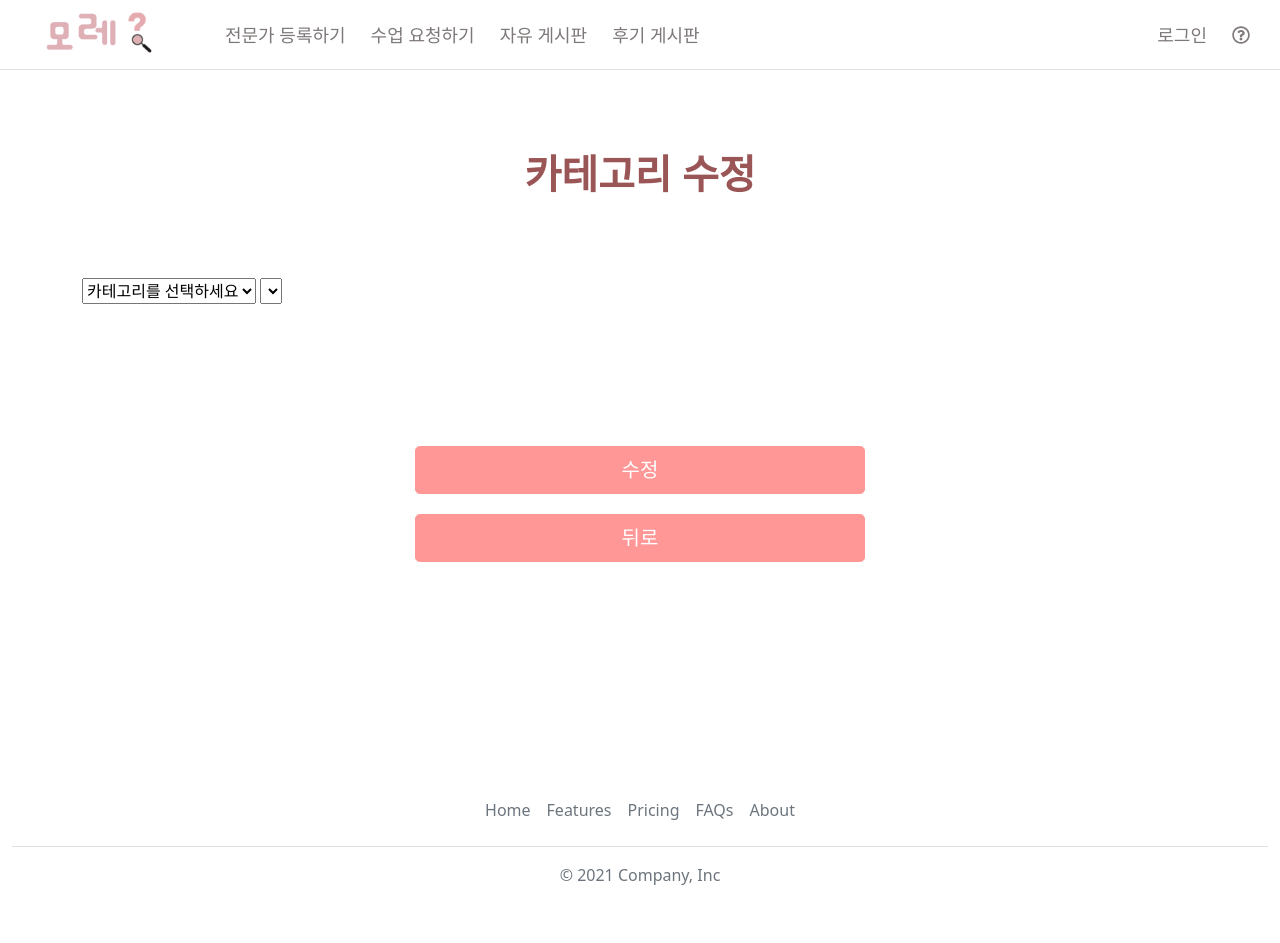
Repository: isssson/MVC2_more
Page: http://localhost/more/WEB-INF/views/expert/expertCateForm.jsp
The author's editor kept a copy of each file at every save. The page is drawn from the files as they stood at one save, then again after the next save.
The browser window is 1280 px wide. The pictures show the whole page.
Some web libraries are served in a nearby version. The page is served by Tomcat 9. Nobody is signed in. Other server files are loaded and not shown. The template is opened directly, without the code that normally fills it, so the values that code supplies are empty.

Above is the page before, as saved 2021-12-08 02:40:21.

### more/src/main/webapp/WEB-INF/views/expert/expertCateForm.jsp
<%@ page language="java" contentType="text/html; charset=UTF-8"
   pageEncoding="UTF-8"%>
<%@ taglib uri="http://java.sun.com/jsp/jstl/core" prefix="c" %>
<!DOCTYPE html>
<html>
<head>
<meta charset="UTF-8">
<script
   src="https://cdnjs.cloudflare.com/ajax/libs/jquery/3.4.1/jquery.min.js"></script>
<link href="resources/css/bootstrap.min.css" rel="stylesheet">
<link href="resources/css/expert/regist1.css" rel="stylesheet">
<link href="resources/css/expert/regist2.css" rel="stylesheet">
<link href="resources/css/expert/expertUpdate.css" rel="stylesheet">
<title>모레-전문가수정</title>
<style>
.updateBt {
   width: 450px;
   height: 200px;
   text-align: center;
   margin: 0 auto;
   display: flex;
   flex-direction: column;
   justify-content: center;
}
</style>
</head>
<body>
   <%@ include file="/WEB-INF/views/header.jsp"%>
   <section style="height: 600px;">
        <h3>카테고리 수정</h3>
      <form name="expertCateForm" action="expertCate.do?id=${sessionScope.sessionId}" method="post">
         <div class="container">
            <div class="content">
               <select name="cate1" required id="id_code"
                  onchange="categoryChange(this)">
                  <option value="" >카테고리를 선택하세요</option>
                  <option value="외국어" <c:if test="${dto.cate1 eq '외국어'}">selected</c:if>>외국어</option>
                  <option value="스포츠-댄스" <c:if test="${dto.cate1 eq '스포츠-댄스'}">selected</c:if>>스포츠-댄스</option>
                  <option value="음악" <c:if test="${dto.cate1 eq '음악'}">selected</c:if>>음악</option>
                  <option value="예술-요리" <c:if test="${dto.cate1 eq '예술-요리'}">selected</c:if>>예술-요리</option>
                  <option value="실무교육" <c:if test="${dto.cate1 eq '실무교육'}">selected</c:if>>실무교육</option>
                  <option value="교과목" <c:if test="${dto.cate1 eq '교과목'}">selected</c:if>>교과목</option>
               </select>
               <select name="cate2" id="good">
                  <option value="${dto.cate2 }">${dto.cate2 }</option>
               </select>
            </div>
         </div>
         <div class="updateBt">
            <button class="btn btn-lg btn-primary" type="submit"
               style="width: 450px; margin-bottom: 20px; background-color: #ff9797; border-color: #ff9797;">수정</button>
            <button class="btn btn-lg btn-primary" type="button"
               style="width: 450px; background-color: #ff9797; border-color: #ff9797;"
               onclick="location.href='expertProfile.do?id=${sessionScope.sessionId}'">뒤로</button>
         </div>
      </form>
      <script>
         function categoryChange(e) {
            var good_a = [ "영어","중국어","일본어","스페인어","프랑스어","독일어","TOEIC","OPIC","기타언어" ];
               var good_b = [ "피트니스","테니스","골프","볼링","수영","요가","배구","발레","방송댄스","댄스스포츠","재즈댄스","스트릿댄스" ];
               var good_c = [ "보컬","성악","랩","피아노","기타","단소","피리","우쿨렐레","드럼","디제잉"];
               var good_d = [ "미술","입시미술","드로잉","캘리그래피","사진","웹툰","메이크업","마술","연기","꽃꽂이","제빵","한식","양식","일식","중식" ];
               var good_e = [ "코딩","엑셀","PPT","취업컨설팅","스피치","제테크","통계","포토샵","일러스트","영상편집"];
               var good_f = [ "국어","영어","수학","사회","과학","논술"];
             var target = document.getElementById("good");

            if (e.value == "외국어")
               var d = good_a;
            else if (e.value == "스포츠-댄스")
               var d = good_b;
            else if (e.value == "음악")
               var d = good_c;
            else if (e.value == "예술-요리")
               var d = good_d;
            else if (e.value == "실무교육")
               var d = good_e;
            else if (e.value == "교과목")
               var d = good_f;

            target.options.length = 0;

            for (x in d) {
               var opt = document.createElement("option");
               opt.value = d[x];
               opt.innerHTML = d[x];
               target.appendChild(opt);
            }
         }
      </script>
   </section>
   <%@ include file="/WEB-INF/views/footer.jsp"%>
</body>
</html>

### more/src/main/webapp/WEB-INF/views/header.jsp
<%@ page language="java" contentType="text/html; charset=UTF-8"
    pageEncoding="UTF-8"%>
<%@ taglib prefix="c" uri="http://java.sun.com/jsp/jstl/core" %>
<script src="https://use.fontawesome.com/releases/v5.2.0/js/all.js"></script>
<link href="resources/css/header.css" rel="stylesheet">
<!-- Global site tag (gtag.js) - Google Analytics -->
<script async src="https://www.googletagmanager.com/gtag/js?id=UA-214947172-1"></script>
<script>
  window.dataLayer = window.dataLayer || [];
  function gtag(){dataLayer.push(arguments);}
  gtag('js', new Date());

  gtag('config', 'UA-214947172-1');
</script>
<!-- ---------------------비회원  -->
<c:if test="${sessionScope.sessionStatus == null }">
	<header>
    <div id="headerContainer">
        <a href="index.do"><img src="resources/img/more_logo.jpg" alt="logo" style="padding: 10px"></a>
        <div id="menubar">
          <div id="leftMenu">
            <div><a href="regist1.do">전문가 등록하기</a></div>
            <div><a href="lessonList.do">수업 요청하기</a></div>
            <div><a href="bbsList.do">자유 게시판</a></div>
            <div><a href="reviewList.do">후기 게시판</a></div>
          </div>
          <div id="rightMenu">
               <div><a href="login.do">로그인</a></div>
               <div><a href="noticeList.do"><i class="far fa-question-circle"></i></a></div>
          </div>
        </div>
      </div>
	</header>
</c:if>
<!----------------------기본(의뢰인) 로그인중-->
<c:if test="${sessionScope.sessionStatus == 1 }">
	<header>
     <div id="headerContainer">
        <a href="index.do"><img src="resources/img/more_logo.jpg" alt="logo" style="padding: 10px"></a>
        <div id="menubar">
          <div id="leftMenu">
            <div id="client" onmouseover="show()" onmouseout="hide()">
               <a href="#">레슨</a>
              </div>
            <div id="joinExpert">
               <a href="regist1.do">전문가 등록하기</a>
             </div>
            <div><a href="bbsList.do">자유 게시판</a></div>
            <div><a href="reviewList.do">후기 게시판</a></div>
          </div>
          <div id="rightMenu">
            <div>${sessionScope.sessionName }님</div>
            <div><a href="setting.do"><i class="far fa-user fa-1x"></i></a></div>
            <div><a href="noticeList.do"><i class="far fa-question-circle"></i></a></div>
          </div>
        </div>
      </div>
      <div id="hiddenHeaderContainer" onmouseover="show()" onmouseout="hide()">
        <div class="hiddenItem">
          <div class="Item"><a href="suggestList.do">레슨 목록</a></div>
          <div class="Item"><a href="lessonList.do">레슨 요청하기</a></div>
          <div class="Item"><a href="sentRequest.do?id=${sessionScope.sessionId}">보낸 요청</a></div>
          <div class="Item"><a href="receiveSuggest.do?id=${sessionScope.sessionId }">받은 제안</a></div>
          <div class="Item"><a href="m_documentList.do">나의 레슨 내역</a></div>
        </div>
      </div>
	</header>
</c:if>
<!-- -----------------------전문가 로그인중 -->
<c:if test="${sessionScope.sessionStatus == 2 }">
	<header>
     <div id="headerContainer">
       <a href="index.do"><img src="resources/img/more_logo.jpg" alt="logo" style="padding: 10px"></a>
       <div id="menubar">
         <div id="leftMenu">
           <div id="client" onmouseover="show()" onmouseout="hide()">
              <a href="#">레슨</a>
             </div>
           <div><a href="bbsList.do">자유 게시판</a></div>
           <div><a href="reviewList.do">후기 게시판</a></div>
         </div>
         <div id="rightMenu">
           <div>${sessionScope.sessionName }님</div>
           <div><a href="setting.do"><i class="far fa-user fa-1x"></i></a></div>
		   <div><a href="noticeList.do"><i class="far fa-question-circle"></i></a></div>
         </div>
       </div>
     </div>
     <div id="hiddenHeaderContainer" onmouseover="show()" onmouseout="hide()">
       <div class="hiddenItem">
       	 <div class="Item"><a href="requestList.do">요청서 목록</a></div>
       	 <div class="Item"><a href="suggest.do">레슨 제안하기</a></div>
         <div class="Item"><a href="sentsuggest.do?id=${sessionScope.sessionId}">보낸 제안</a></div>
		 <div class="Item"><a href="m_documentList.do">나의 레슨 내역</a></div>
       </div>
     </div>
	</header>
</c:if>
   <script>
       function show(){
         document.getElementById('hiddenHeaderContainer').style.display='block';
       }
       function hide(){
         document.getElementById('hiddenHeaderContainer').style.display='none';
       }
  </script>

### more/src/main/webapp/WEB-INF/views/footer.jsp
<%@ page language="java" contentType="text/html; charset=UTF-8"
    pageEncoding="UTF-8"%>
<link href="resources/css/footer.css" rel="stylesheet">
<div class="container-fluid">
  <footer class="py-3 my-4">
    <ul class="nav justify-content-center border-bottom pb-3 mb-3">
      <li class="nav-item"><a href="#" class="nav-link px-2 text-muted">Home</a></li>
      <li class="nav-item"><a href="#" class="nav-link px-2 text-muted">Features</a></li>
      <li class="nav-item"><a href="#" class="nav-link px-2 text-muted">Pricing</a></li>
      <li class="nav-item"><a href="#" class="nav-link px-2 text-muted">FAQs</a></li>
      <li class="nav-item"><a href="#" class="nav-link px-2 text-muted">About</a></li>
    </ul>
    <p class="text-center text-muted">&copy; 2021 Company, Inc</p>
  </footer>
</div>

<div class="b-example-divider"></div>

### more/src/main/webapp/resources/css/expert/regist1.css
@charset "UTF-8";
section > .container {
    width: 960px;
    margin-left: auto;
    margin-right: auto;
}

.box_1 {
    text-align: center;
}

section > .container h2 {
    font-size: 28px;
    color: #4d4d4d;
    margin-top: 100px;
    margin-bottom: 10px;
}

.box_1 > p {
    color: #4d4d4d;
    font-size: 18px;
    margin-bottom: 30px;
}

.box_1 > form > select::-ms-expand {
    display: none;
}

.box_1 > form > select {
    font-family: inherit; /* 폰트 상속 */
    background: url(/more/resources/img/arrow_bottom.png) no-repeat 95% 50%; /* 네이티브 화살표 대체 */
    /* iOS 둥근모서리 제거 */
    -webkit-appearance: none; /* 네이티브 외형 감추기 */
    -moz-appearance: none;
    -ms-appearance: none;
    -o-appearance: none;
    appearance: none;
    background-color: #fff;
    width: 400px;
    font-size: 18px;
    height: 50px;
    border: 1px solid #e2e2e2;
    padding-left: 15px;
    border-radius: 5px;
    margin-right: 5px;
}
.box_1 > form > select:invalid {
    color: #b0b0b0;
}

.box_1 > form > select > option {
    color: #4d4d4d;
}

.box_1 > form > select > option:disabled {
    color: #bdc4c4;
}

.box_1 > form > button {
    width: 95px;
    height: 50px;
    font-size: 18px;
    color: #fff;
    background-color: #1976de;
    border: 1px solid #1761b5;
    border-radius: 2px;
}

section > .container > hr {
    border-color: #e2e2e2;
    margin-top: 100px;
    margin-bottom: 0;
}

.box_2 {
    text-align: center;
}

.box_2 > .row {
    margin-top: 60px;
    margin-bottom: 150px;
}

.box_2 .col-xs-4 > p:nth-child(2) {
    margin-top: 20px;
    margin-bottom: 20px;
    font-size: 18px;
    color: #4d4d4d;
}

.box_2 .col-xs-4 > p:nth-child(3) {
    font-size: 16px;
    color: #4d4d4d;
    margin-bottom: 50px;
}
.col-xs-4 {
    width: 33.333333%;
    float: left;
}

### more/src/main/webapp/resources/css/expert/regist2.css
@charset "UTF-8";
a {
    text-decoration: none;
}
ul, li {
    list-style: none;
}
#section {
    position: relative;
    padding-bottom: 90px;
}

#section .container {
    width: 960px;
    margin-left: auto;
    margin-right: auto;
}
#id_code {
    padding-left: 0px;
}
.content {
    padding-bottom: 100px;
}
.content h4 {
    margin: 60px 0;
}
.service-choice-box {
    width: 500px;
    margin-left: auto;
    margin-right: auto;
    border: 1px solid #e2e2e2;
    border-radius: 2px;
}
.service-choice-box ul {
    margin-bottom: 0;
}

.service-choice-box label {
    display: block;
    border-bottom: 1px solid #e2e2e2;
    font-size: 16px;
    height: 48px;
    color: #7c7c7c;
    line-height: 46px;
    margin: 0;
    font-weight: 300;
}
/* 하단 버튼 */
#section .container-fluid {
    height: 90px;
    position: absolute;
    bottom: 0;
    width: 100%;
}
a.prev-btn {
    display: inline-block;
    font-size: 18px;
    color: #4d4d4d;
    margin-top: 32px;
}
.service-choice-box input {
    margin: 0;
    margin-left: 25px;
    margin-right: 15px;
}
.blue-btn {
    background-color: #1976de;
    color: #fff;
    border: 1px solid #1367c5;
    border-radius: 4px;
    text-align: center;
}
.step-nav button {
    width: 95px;
    height: 50px;
    font-size: 18px;
    margin-top: 20px;
    float: right;
}
.bg-eee {
    background-color: #eee;
}
.col-xs-6 {
    width: 50%;
    float: left;
    position: relative;
    min-height: 1px;
    padding-left: 15px;
    padding-right: 15px;
}

### more/src/main/webapp/resources/css/expert/expertUpdate.css
@charset "UTF-8";

h3 {
    font-size: 40px;
    font-weight: bold;
    text-align: center;
    margin: 80px;
    color:#9a5656;
}

.updateBt{
   width:450px;
   height:200px;
   text-align:center;
   margin:0 auto;
   display:flex;
   flex-direction:column;
   justify-content: center;
}

.subject{
	font-size:25px;
	color:#ff9797;
	text-align: center;
	font-weight: bold;
}

### more/src/main/webapp/resources/css/header.css
@charset "UTF-8";
a{
    text-decoration:none;
    color:rgb(26, 25, 25);
}
a:hover{
    color:rgb(26, 25, 25);
}
svg{
    color: #7e7878;
}
svg:hover{
    color: #424040;
    cursor: pointer;
}
#headerContainer{
    width:100%;
    height:70px;
    margin: 0 auto;
    display: flex;
    flex-direction: row;
    border-bottom:1px solid #dee2e6;
}
#headerContainer img{
    width: 200px;
    height: 65px;
    object-fit: cover;
}
#headerContainer #menubar{
    width:100%;
    height: 70px;
    display: flex;
    flex-direction: row;
    justify-content: space-between;
}
#headerContainer #menubar div a{
    font-size: 18px;
    color: #7e7878;
}
#headerContainer #menubar a:hover{
    color: #424040;
    font-weight: bold;
}
#menubar #leftMenu{
    display: flex;
}
#menubar #rightMenu{
    display: flex;
    margin-right: 30px;
}
#menubar #leftMenu div, #menubar #rightMenu div{
    font-size: 18px;
    line-height: 70px;
    margin-left: 25px;
}
#hiddenHeaderContainer{
    position: absolute;
    display: none;
    z-index: 1;
    width:100%;
    height:70px;
    left:50%;
    border-top:1px solid rgb(187, 183, 183);
    border-bottom:1px solid rgb(187, 183, 183);
    transform: translate(-50%);
    background-color: white;
}
#hiddenHeaderContainer .hiddenItem{

    width:100%;
    height:70px;
    margin-left: 170px;
    display: flex;
}
#hiddenHeaderContainer .hiddenItem .Item a{
    font-size: 18px;
    line-height: 70px;
    margin-left: 50px;
    color: #7e7878;
}
#hiddenHeaderContainer .hiddenItem .Item a:hover{
    color: #424040;
    font-weight: bold;
}

### more/src/main/webapp/resources/css/footer.css
@charset "UTF-8";
li {
	border-top: none;
}

Loaded but not shown: more/src/main/webapp/resources/css/bootstrap.min.css (library)

After the next save:
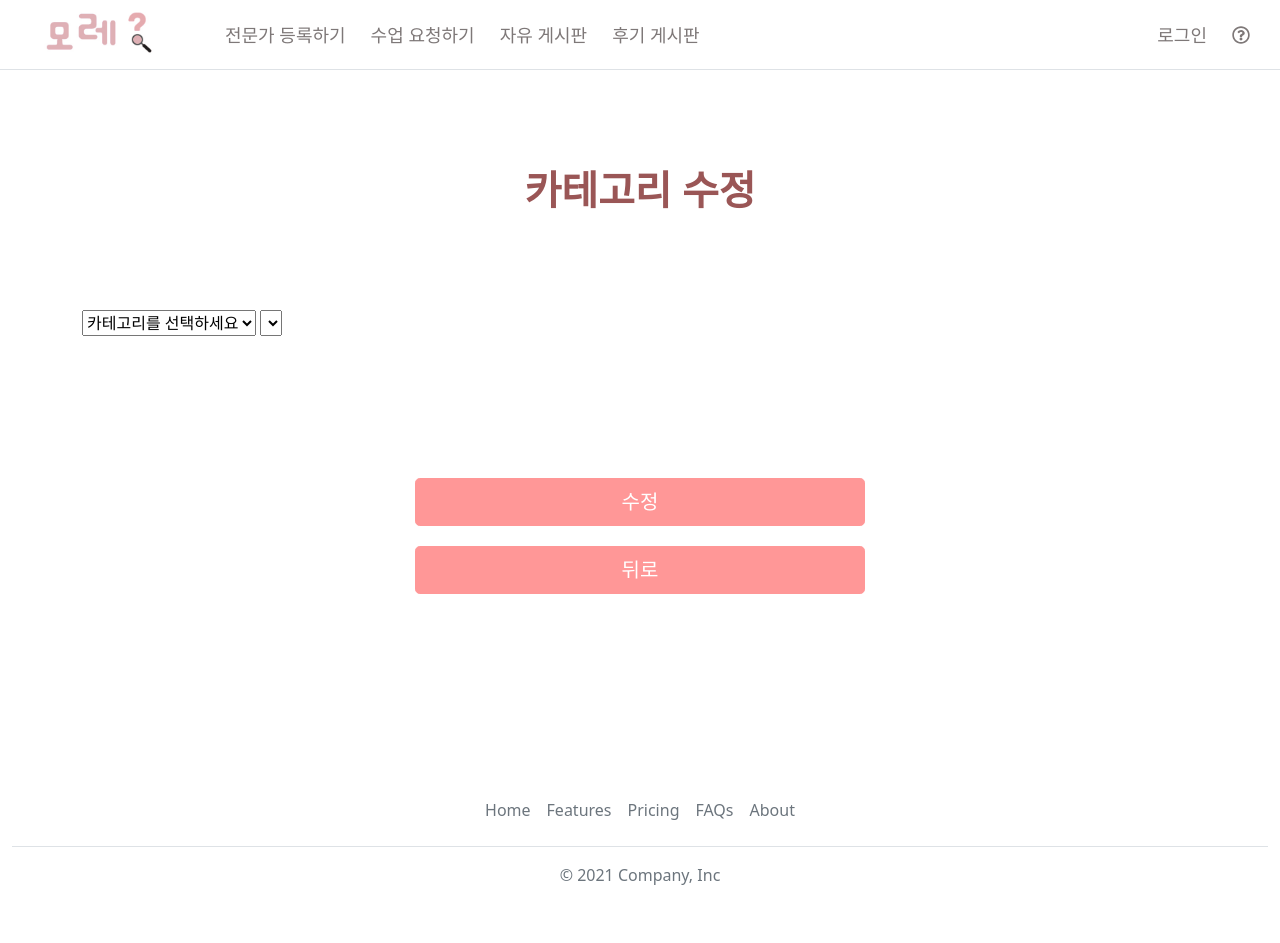
Saved 5 min 1 s later.
--- a/more/src/main/webapp/resources/css/expert/expertUpdate.css
+++ b/more/src/main/webapp/resources/css/expert/expertUpdate.css
@@ -1,11 +1,14 @@
 @charset "UTF-8";
 
 h3 {
+    width: 500px;
+    height: 80px;
+    line-height: 80px;
     font-size: 40px;
     font-weight: bold;
     text-align: center;
-    margin: 80px;
-    color:#9a5656;
+    margin: 80px auto;
+    color: #9a5656;
 }
 
 .updateBt{
